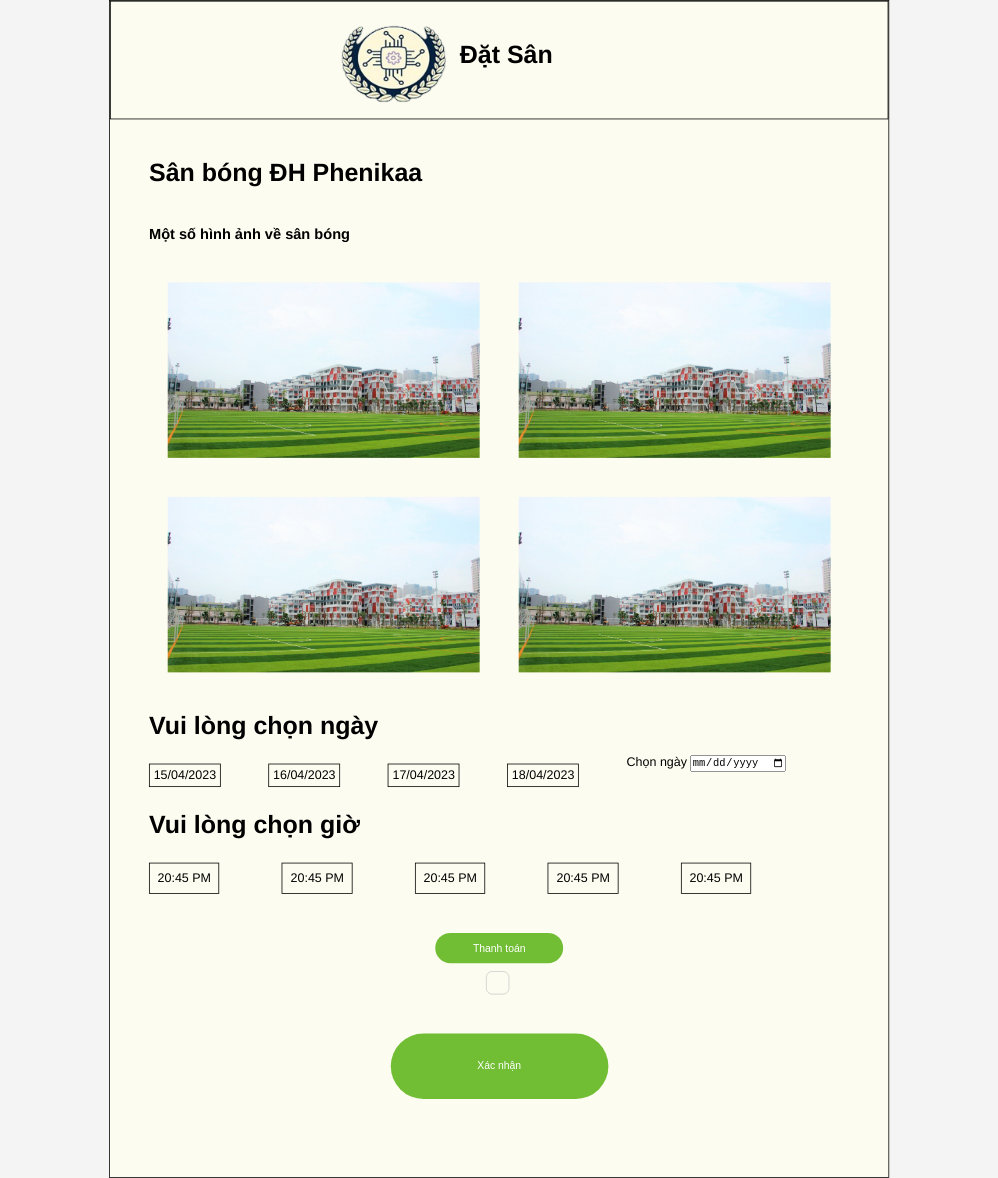
Repository: tus3300/BTL
Page: code/tacket.html
An editor plug-in stored every save of this project. The page is shown before and after the next save, followed by the edit.
The browser window is 1280 px wide. The pictures show the whole page, at 78% of full size.

Above is the page before, as saved 2023-05-21 00:28:21.

### code/tacket.html
<div class="tacket">

    <link href="https://cdnjs.cloudflare.com/ajax/libs/font-awesome/5.15.0/css/all.min.css" rel="stylesheet">
    <link href="lib/owlcarousel/assets/owl.carousel.min.css" rel="stylesheet">
    <link rel="stylesheet" href="css/test.css">
    <link rel="preconnect" href="https://fonts.gstatic.com">
    <link href="https://fonts.googleapis.com/css2?family=Roboto:wght@300;400;500;700;900&display=swap" rel="stylesheet">
    <div class="head-tacket">
        <img src="./img/logo.png" alt="" class="">
        <h1 class="">Đặt Sân</h1>
    </div>
    <div class="main-tacket">
      <div id="toast"></div>
        <div class="head-main-tacket">
            <h1 class="">Sân bóng ĐH Phenikaa</h1>
            <h3 class="">Một số hình ảnh về sân bóng</h3>
            <div class="main-tacket-img">
                <img src="./img/news-500x280-4.jpg" alt="" class="">
                <img src="./img/news-500x280-4.jpg" alt="" class="">
                <img src="./img/news-500x280-4.jpg" alt="" class="">
                <img src="./img/news-500x280-4.jpg" alt="" class="">
            </div>
        </div>
        <div class="main-main-tacket">
            <div class="day-main-ticket">
                <h1 class="h1-main-tacket">Vui lòng chọn ngày</h1>
                <div class="round-ul">
                    <ul class="ul-day-tacket">
                        <li class="li-tacket">
                            <div class="item-tacket">
                                15/04/2023
                            </div>
                        </li>
                        <li class="li-tacket">
                            <div class="item-tacket">
                                16/04/2023
                            </div>
                        </li>
                        <li class="li-tacket">
                            <div class="item-tacket">
                                17/04/2023
                            </div>
                        </li>
                        <li class="li-tacket">
                            <div class="item-tacket">
                                18/04/2023
                            </div>
                        </li>

                        <div class="datepicker">
                            <label for="dateofbirth">Chọn ngày</label>
                            <input type="date" name="dateofbirth" id="dateofbirth">
                        </div>
                    </ul>
                </div>
            </div>

            <div class="hour-main-ticket">
                <h1 class="h1-main-tacket">Vui lòng chọn giờ</h1>
                <ul class="ul-hour-ticket">
                    <li class="li-hour-ticket">
                        <div class="hour-ticket">20:45 PM</div>
                    </li>
                    <li class="li-hour-ticket">
                        <div class="hour-ticket">20:45 PM</div>
                    </li>
                    <li class="li-hour-ticket">
                        <div class="hour-ticket">20:45 PM</div>
                    </li>
                    <li class="li-hour-ticket">
                        <div class="hour-ticket">20:45 PM</div>
                    </li>
                    <li class="li-hour-ticket">
                        <div class="hour-ticket">20:45 PM</div>
                    </li>
                </ul>
            </div>
        </div>
    </div>

    <div class="foot-ticket">
        <div class="bill-ticket">
           <div onclick="showErrorToast()"  class="btn btn--success"><button>Thanh toán</button></div>
        </div>
        <div class="check-bill">
            <style>
              .checkbox-style {
                display: inline-flex;
                align-items: center;
                gap: 10px;
                cursor: pointer;
                display: flex;
                justify-content: center;
                align-items: center;
                margin-top: 10px;
                margin-left: 5px;
              }
              .checkbox-label {
                cursor: pointer;
              }
              .checkbox-style input {
                display: none;
              }
              .checkbox-box {
                width: 30px;
                height: 30px;
                border: 1px solid #ccc;
                border-radius: 8px;
                padding: 5px;
                color: transparent;
                transition: all 0.2s linear;
              }
              .checkbox-input:checked + .checkbox-box {
                background-color: #6a5af9;
                border-color: #6a5af9;
                color: white;
              }
            </style>
            <label for="checkbox" class="checkbox-style">
              <input
                type="checkbox"
                name="evondev"
                id="checkbox"
                class="checkbox-input"
              />
              <div class="checkbox-box">
                <svg
                  xmlns="http://www.w3.org/2000/svg"
                  class="h-5 w-5"
                  viewBox="0 0 20 20"
                  fill="currentColor"
                >
                  <path
                    fill-rule="evenodd"
                    d="M16.707 5.293a1 1 0 010 1.414l-8 8a1 1 0 01-1.414 0l-4-4a1 1 0 011.414-1.414L8 12.586l7.293-7.293a1 1 0 011.414 0z"
                    clip-rule="evenodd"
                  />
                </svg>
              </div>
              <label for="checkbox" class="checkbox-label"></label>
            </label>
        </div>
        <div class="check-ticket">
         <div onclick="showSuccessToast()"class="btn btn--success"> <a href="" class=""><button>Xác nhận</button></a></div>
        </div>
    </div>


  <script src="js/test.js"></script>
</div>
<script src="js/date.js"></script>

### code/css/test.css
* {
  padding: 0;
  margin: 0;
  box-sizing: border-box;
}

body {
  height: 100vh;
  display: flex;
  flex-direction: column;
  font-family: "Helvetica Neue";
  background-color: #f4f4f5;
}

body > div {
  margin: auto;
}

/* ======= Buttons ======== */

/* Block */
.btn {
  display: inline-block;
  text-decoration: none;
  background-color: transparent;
  border: none;
  outline: none;
  color: #fff;
  padding: 12px 48px;
  border-radius: 50px;
  cursor: pointer;
  min-width: 120px;
  transition: opacity 0.2s ease;
}

/* Modifier */
.btn--size-l {
  padding: 16px 56px;
}

.btn--size-s {
  padding: 8px 32px;
}

.btn:hover {
  opacity: 0.8;
}

.btn + .btn {
  margin-left: 16px;
}

.btn--success {
  background-color: #71be34;
}

.btn--warn {
  background-color: #ffb702;
}

.btn--danger {
  background-color: #ff623d;
}

.btn--disabled {
  opacity: 0.5 !important;
  cursor: default;
}

/* ======= Toast message ======== */

#toast {
  position: fixed;
  top: 32px;
  right: 32px;
  z-index: 999999;
}

.toast {
  display: flex;
  align-items: center;
  background-color: #fff;
  border-radius: 2px;
  padding: 20px 0;
  min-width: 400px;
  max-width: 450px;
  border-left: 4px solid;
  box-shadow: 0 5px 8px rgba(0, 0, 0, 0.08);
  transition: all linear 0.3s;
}

@keyframes slideInLeft {
  from {
    opacity: 0;
    transform: translateX(calc(100% + 32px));
  }
  to {
    opacity: 1;
    transform: translateX(0);
  }
}

@keyframes fadeOut {
  to {
    opacity: 0;
  }
}

.toast--success {
  border-color: #47d864;
}

.toast--success .toast__icon {
  color: #47d864;
}

.toast--info {
  border-color: #2f86eb;
}

.toast--info .toast__icon {
  color: #2f86eb;
}

.toast--warning {
  border-color: #ffc021;
}

.toast--warning .toast__icon {
  color: #ffc021;
}

.toast--error {
  border-color: #ff623d;
}

.toast--error .toast__icon {
  color: #ff623d;
}

.toast + .toast {
  margin-top: 24px;
}

.toast__icon {
  font-size: 24px;
}

.toast__icon,
.toast__close {
  padding: 0 16px;
}

.toast__body {
  flex-grow: 1;
}

.toast__title {
  font-size: 16px;
  font-weight: 600;
  color: #333;
}

.toast__msg {
  font-size: 14px;
  color: #888;
  margin-top: 6px;
  line-height: 1.5;
}

.toast__close {
  font-size: 20px;
  color: rgba(0, 0, 0, 0.3);
  cursor: pointer;
}
.tacket {
  border:#000 solid 1px;
  width: 1000px;
  height: auto;
  margin: 0 auto;
  background: #fdfcf0;


}
.head-tacket{
  text-align: center;
  display: flex;
  justify-content: center;
  padding-right: 150px;
  border: #000 solid 1px;
}
.head-tacket h1 {
  justify-content: center;
  margin-top: 50px;
}

.main-tacket{
  margin-left: 50px;
}
.head-main-tacket  {
  margin-top: 50px;
}
.head-main-tacket h4{
  font: 1em sans-serif;
}
.head-main-tacket h3{
  margin-top: 50px;
}
.main-tacket-img {
  display: flex;
  flex-wrap: wrap;
  justify-content: center;
  align-items: center;
  margin-bottom: 50px;
}
.main-tacket-img img{
  width: 400px;
  display: flex;
  margin-top: 50px;
  margin-right: 50px;
}
.ul-day-tacket{
  display: flex;
  align-items: center;
}
.li-tacket{
  margin-right: 50px;
  list-style: none;
  float: left;
}
.round-ul {
  margin-top: 30px;
  margin-bottom: 30px;
}
.item-tacket{
  display:block;
  border: 1px solid #000;
  padding:5px;
  margin-right: 11px;
  z-index: 2;
}
.item-tacket:hover,
.hour-ticket:hover{
  background-color: #ED1C24;
  color:#fff;
  cursor: pointer;
}
.item-tacket.active,
.hour-ticket.active{
  background-color: #ED1C24;
  color:#fff;
}
.datepicker{
  margin-top: -30px;
  margin-right: 20px;
}
.ul-hour-ticket{
  display:flex;
  margin-top: 30px;
}
.li-hour-ticket {
  display: flex;
  justify-content: center;
  align-items: center;
  margin-right: 80px;

  border: 1px solid #000;
}
.hour-ticket{
  padding: 10px;
}
.li-hour-ticket:hover {
  background-color: #ED1C24;
  text-decoration: none;
  color:#fff;
}
.bill-ticket{
  display:flex;
  justify-content: center;
  align-items: center;
  margin-top: 50px;
}
.bill-ticket button{
  background-color: #71be34;
  border:none;
  color:white;
}

.check-ticket button{
  border: 1px solid #000;
  background-color: #71be34;
  border:none;
  color:white;

}
.check-ticket{
  display:flex;
  justify-content: center;
  align-items: center;
  margin-top: 50px;
  margin-bottom: 100px;

}
.check-ticket button:hover {
  text-decoration: none;
  color:#fff;
}
.check-ticket button{
  width: 183px;
  height: 60px;
}

### code/js/test.js

  // Toast function
function toast({ title = "", message = "", type = "info", duration = 5000 }) {
  const main = document.getElementById("toast");
  if (main) {
    const toast = document.createElement("div");

    // Auto remove toast
    const autoRemoveId = setTimeout(function () {
      main.removeChild(toast);
    }, duration + 2000);

    // Remove toast when clicked
    toast.onclick = function (e) {
      if (e.target.closest(".toast__close")) {
        main.removeChild(toast);
        clearTimeout(autoRemoveId);
      }
    };

    const icons = {
      success: "fas fa-check-circle",
      info: "fas fa-info-circle",
      warning: "fas fa-exclamation-circle",
      error: "fas fa-exclamation-circle"
    };
    const icon = icons[type];
    const delay = (duration / 1000).toFixed(2);

    toast.classList.add("toast", `toast--${type}`);
    toast.style.animation = `slideInLeft ease .3s, fadeOut linear 1s ${delay}s forwards`;

    toast.innerHTML = `
                    <div class="toast__icon">
                        <i class="${icon}"></i>
                    </div>
                    <div class="toast__body">
                        <h3 class="toast__title">${title}</h3>
                        <p class="toast__msg">${message}</p>
                    </div>
                    <div class="toast__close">
                        <i class="fas fa-times"></i>
                    </div>
                `;
    main.appendChild(toast);
  }
}
function showSuccessToast() {
  toast({
    title: "Thành công!",
    message: "Bạn đã đăng ký thành công tài khoản tại F8.",
    type: "success",
    duration: 5000
  });
}

function showErrorToast() {
  toast({
    title: "Thất bại!",
    message: "Có lỗi xảy ra, vui lòng liên hệ quản trị viên.",
    type: "error",
    duration: 5000
  });
}

### code/js/date.js
const itemTacket = document.querySelectorAll('.item-tacket');

itemTacket.forEach((item) => {
    item.addEventListener("click" ,function(event){
        itemTacket.forEach((el) => el.classList.remove('active'));
        event.target.classList.add('active')
    })
})


const hourticket = document.querySelectorAll('.hour-ticket');

hourticket.forEach((item) => {
    item.addEventListener("click" ,function(event){
        hourticket.forEach((el) => el.classList.remove('active'));
        event.target.classList.add('active')
    })
})

Loaded but not shown: code/lib/owlcarousel/assets/owl.carousel.min.css (common file)

After the next save:
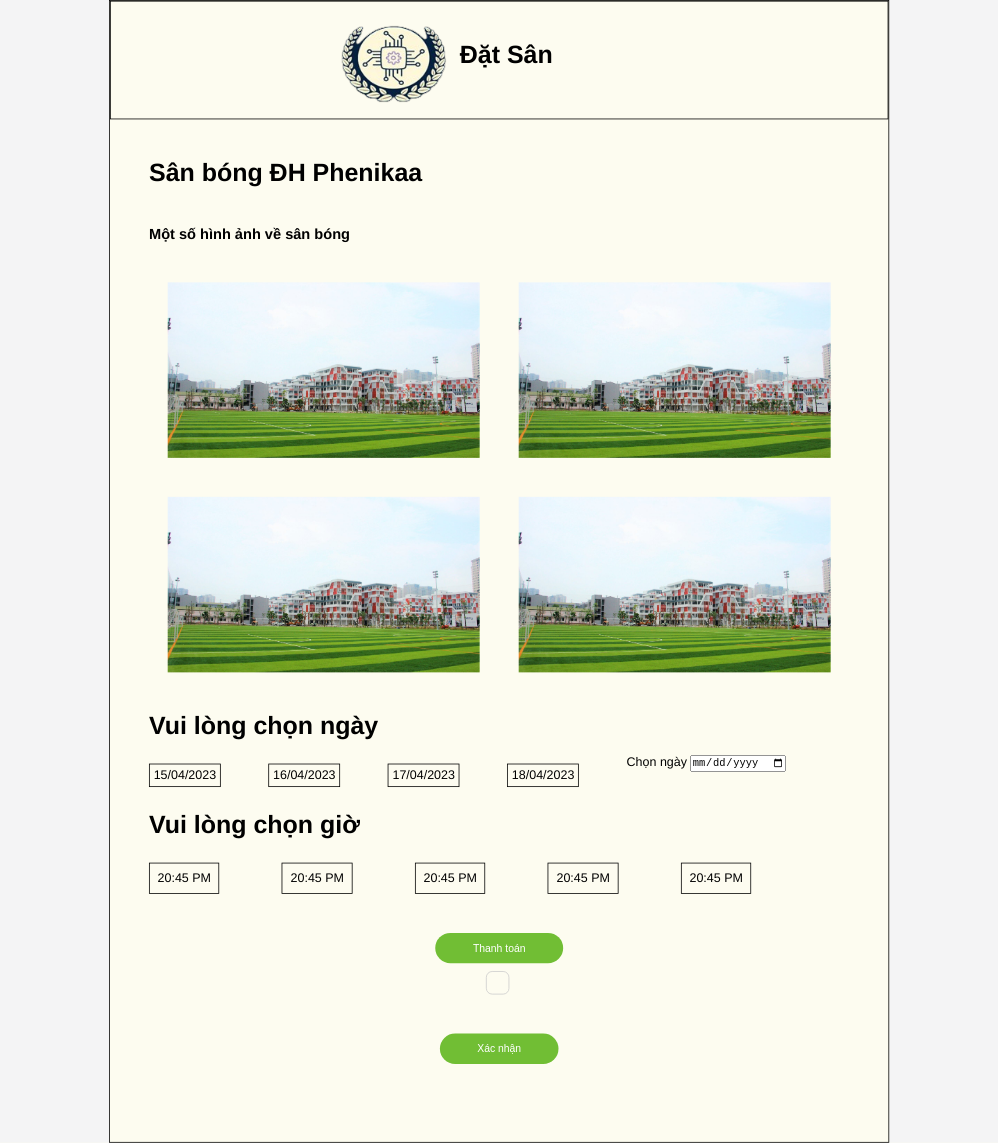
Saved 4 min 27 s later.
--- a/code/css/test.css
+++ b/code/css/test.css
@@ -305,7 +305,3 @@
   text-decoration: none;
   color:#fff;
 }
-.check-ticket button{
-  width: 183px;
-  height: 60px;
-}

After the 3 saves that followed:
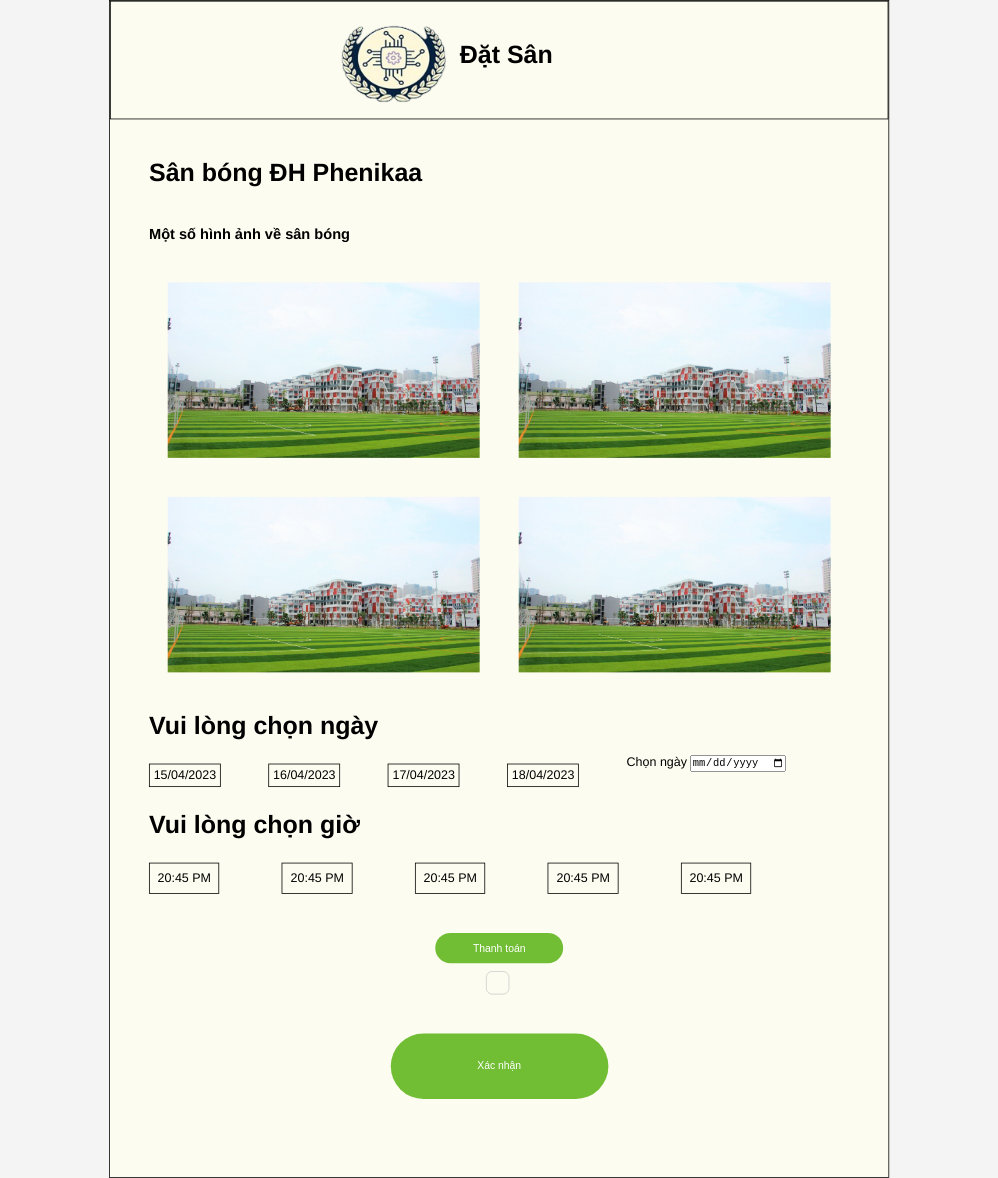
The 3 saves are shown as one change because 1 left the picture as it was and some came seconds apart.
The last was saved 32 s later.
--- a/code/css/test.css
+++ b/code/css/test.css
@@ -305,3 +305,7 @@
   text-decoration: none;
   color:#fff;
 }
+.check-ticket button{
+  width: 183px;
+  height: 60px;
+}
